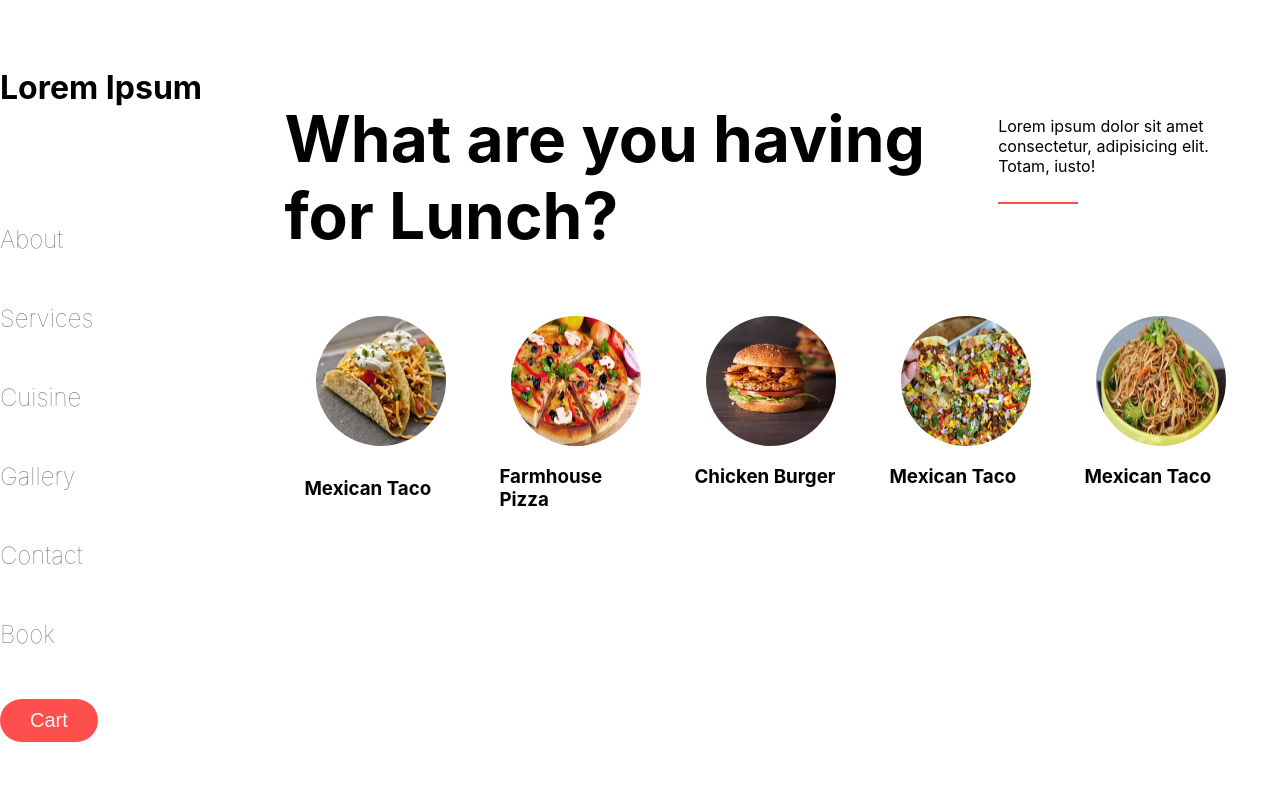
Repository: Marlstergo/assignment2
Page: /
The author's editor kept a copy of each file at every save. The page is drawn from the files as they stood at one save, then again after the next save.
The browser window is 1280 px wide. The pictures show the whole page.
The project was rebuilt for these pictures with package versions that can differ from the ones it lists, and the page was loaded fresh each time.

Above is the page before, as saved 2021-07-27 03:06:22.

### src/App.js
import logo from "./logo.svg";
import "./App.css";

import Nachos from "./asset/nachos.png";
import Taco from "./asset/taco.png";
import Noodles from "./asset/noodles.png";
import Pizza from "./asset/pizza.png";
import Chicken from "./asset/chicken.png";

function App() {
  return (
    <div className="container">
      <div className="full">
        <div className="sidebar">
          <div className="logo">
            <h1>Lorem Ipsum</h1>
          </div>
          <div className="items">
            <div className="item">
              <h2 className="">About</h2>
            </div>
            <div className="item">
              <h2 className="">Services</h2>
            </div>
            <div className="item">
              <h2 className="">Cuisine</h2>
            </div>
            <div className="item">
              <h2 className="">Gallery</h2>
            </div>
            <div className="item">
              <h2 className="">Contact</h2>
            </div>
            <div className="item">
              <h2 className="">Book</h2>
            </div>
            <div className="item">
              <button className="button">Cart</button>
            </div>
          </div>
        </div>
        <div className="main-view">
          <div className="hero">
            <div className="title">
              <h1 className="">What are you having for Lunch?</h1>
            </div>
            <div className="paragraph">
              <p className="">
                Lorem ipsum dolor sit amet consectetur, adipisicing elit. Totam,
                iusto!
              </p>
              <div className="divider" />
            </div>
          </div>
          <div className="row">
            <div className="cell">
              <div className="imagediv">
                {/* image */}
                <img src={Taco} alt="tago" className="" />
              </div>
              <div className="text-field">
                <h3 className="">Mexican Taco</h3>
              </div>
            </div>
            <div className="cell">
              <div className="imagediv">
                <img src={Pizza} alt="pizza" className="" />
                {/* image */}
              </div>
              <div className="">
                <h3 className="">Farmhouse Pizza</h3>
              </div>
            </div>
            <div className="cell">
              <div className="imagediv">
                {/* image */}
                <img src={Chicken} alt="chicken" className="" />
              </div>
              <div className="">
                <h3 className="">Chicken Burger</h3>
              </div>
            </div>
            <div className="cell">
              <div className="imagediv">
                {/* image */}
                <img src={Nachos} alt="nachos" className="" />
              </div>
              <div className="">
                <h3 className="">Mexican Taco</h3>
              </div>
            </div>
            <div className="cell">
              <div className="imagediv">
                {/* image */}
                <img src={Noodles} alt="noodles" className="" />
              </div>
              <div className="">
                <h3 className="">Mexican Taco</h3>
              </div>
            </div>
          </div>
        </div>
      </div>
    </div>
  );
}

export default App;

### src/App.css
.container {
  height: 100vh;
  width: 100%;
  /* padding-left: 1.5rem;
  padding-right: 1.5rem; */
}

@media screen and (min-width: 640px) {
  .container {
    max-width: 640px;
    margin: 0 auto;
  }
}

@media screen and (min-width: 768px) {
  .container {
    max-width: 768px;
  }
}

@media screen and (min-width: 1024px) {
  .container {
    max-width: 1024px;
    /* padding-left: 4rem;
    padding-right: 4rem; */
  }
}

@media screen and (min-width: 1280px) {
  .container {
    max-width: 1280px;
    /* padding-left: 5rem;
    padding-right: 5rem; */
  }
}

@media screen and (min-width: 1536px) {
  .container {
    max-width: 1536px;
  }
}

.full {
  display: grid;
  grid-template-columns: repeat(9, minmax(0, 1fr));
  height: 100%;
}

.sidebar {
  grid-column: span 2 / span 2;
  /* margin: auto 0; */
}
.logo{
  height: 175px;
  display: flex;
  align-items: center;
  /* justify-content: center; */

}

.items{

}

.item{
  color: rgb(101, 106, 104);
  font-weight: 100;
  margin: 50px 0px;
}
.item h2{
  font-weight: 100;

}

.button{
  padding: 10px 30px;
  font-size: 20px;
  border-radius: 50px;
  background-color: rgb(255,78,78);
  border: 0;
  color: whitesmoke;
}

.logo h1{
  padding: auto auto;
}

.main-view{
  grid-column: span 7 / span 7;
}

.row{
  display: flex;
  /* overflow-x: scroll; */

}

.hero{
  margin: 50px 0px;
  margin-top: 100px;
  display: grid;
  grid-template-columns: repeat(9, minmax(0, 1fr));

}
.paragraph{
  grid-column: span 3 / span 3;
  padding: 0 50px;
  border: 10px;
}

.divider{
  border-bottom: 2px solid rgb(255,78,78);
  /* border-color: rgb(255,78,78); */
  width: 80px;
  height: 10px;
}

.title{
  grid-column: span 6 / span 6;
  font-size: 2rem;

}

h1{
  margin: 0;
}

.cell{
  margin-left: 20px;
  margin-right: 20px;
  /* background-color: aqua; */
  border-radius: 20px;
  height: 200px;
  width: 155px;
}
.cell h3{
  /* width: 100%; */
  /* margin: auto; */
}

.text-field{
  /* width: 100%; */
  /* margin: auto; */
  display: flex;
}

.imagediv{
  margin: 12px;
  height: 130px;
  width: 130px;
  border-radius: 100%;
  overflow: hidden;
  display: flex;
  justify-content: center;
  align-items: center;
}

img{
  width: 100%;
  height: 100%;
}

Loaded but not shown: public/index.html (common file); src/index.js (common file); src/index.css (common file); src/reportWebVitals.js (common file)

After the next save:
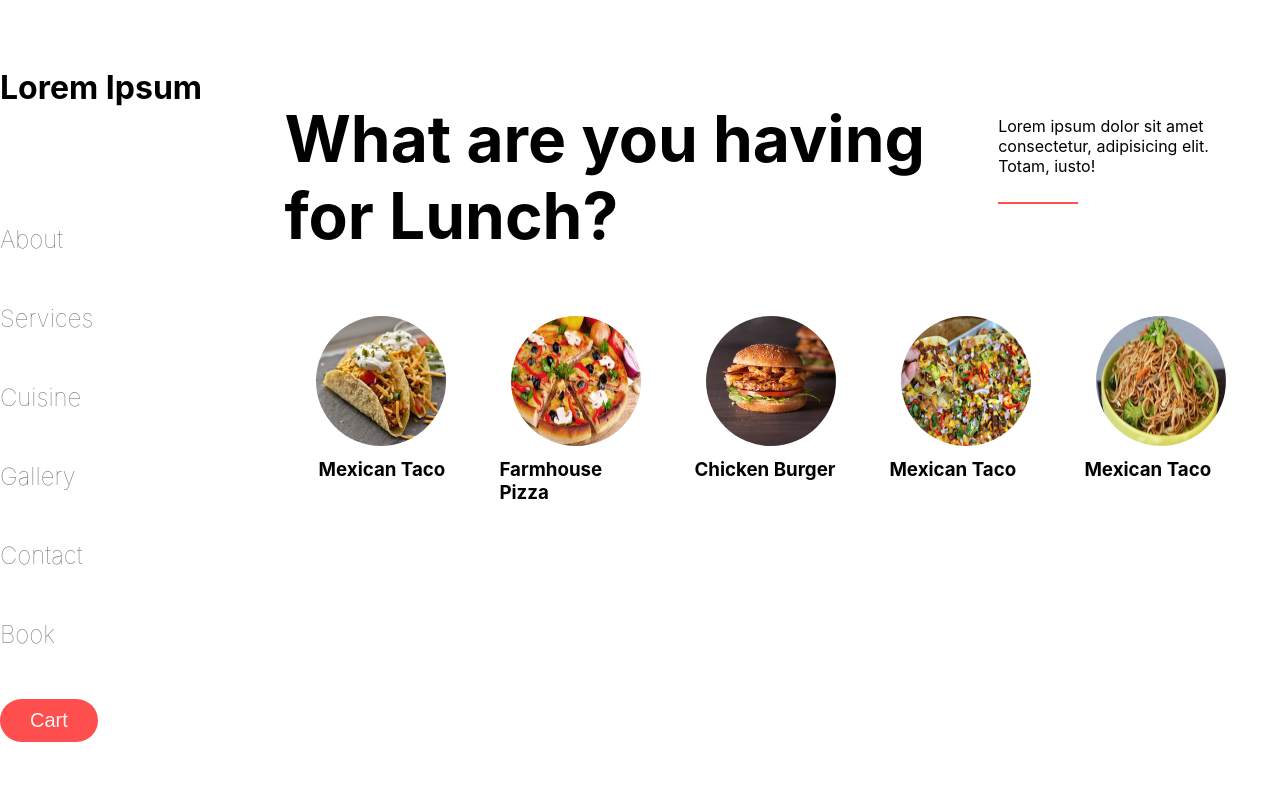
Saved 14 s later.
--- a/src/App.css
+++ b/src/App.css
@@ -135,7 +135,7 @@ h1{
 }
 .cell h3{
   /* width: 100%; */
-  /* margin: auto; */
+  margin: auto;
 }
 
 .text-field{
